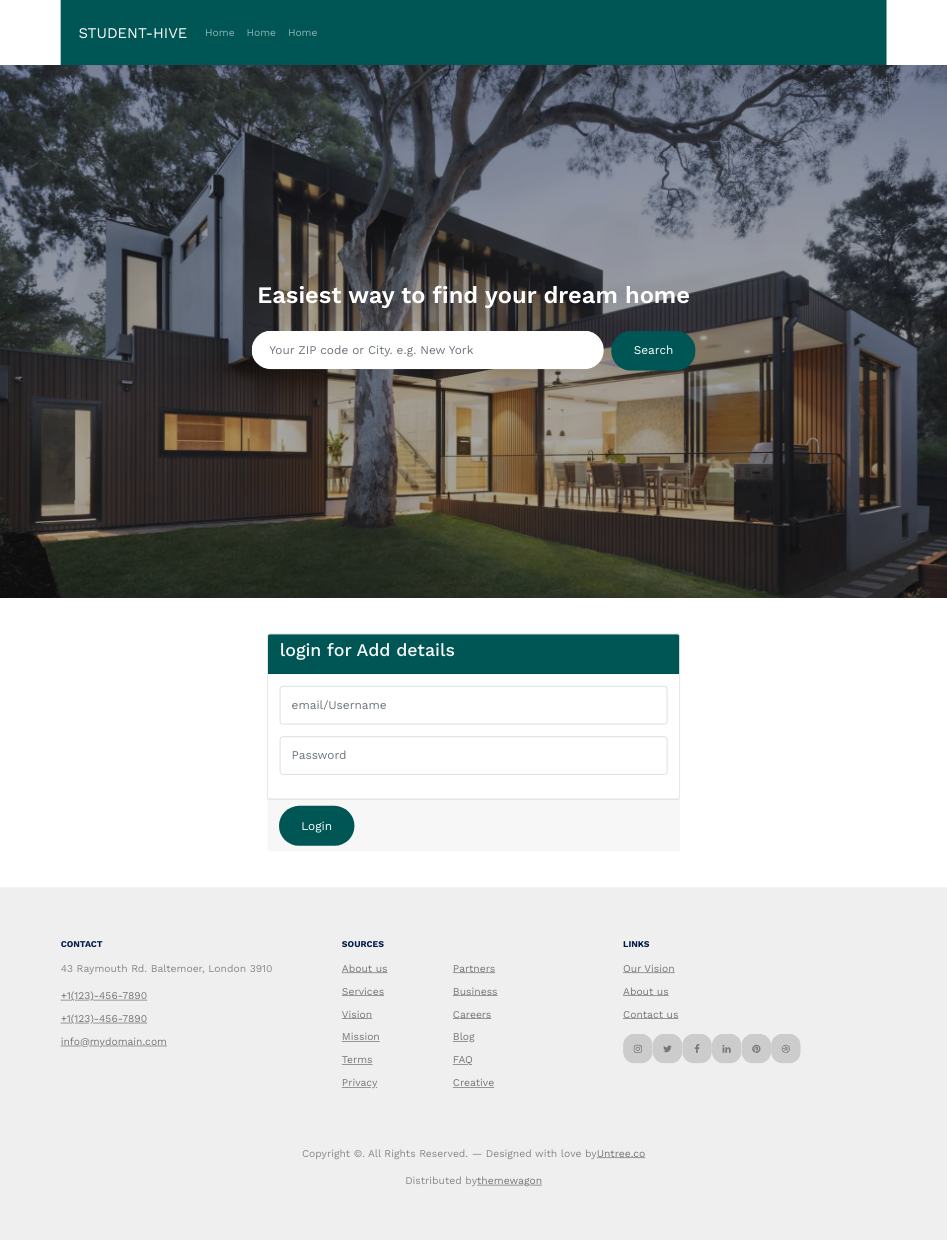
Repository: Farhan0021/Rentalproject
Page: /owner/Login (app in front/)
These files come from the project's save history. The page is drawn as it stood at one moment and after the next save; the edit follows.
The browser window is 1280 px wide. The pictures show the whole page, at 74% of full size.
The project was rebuilt for these pictures with package versions that can differ from the ones it lists, and the page was loaded fresh each time. Also part of the build but not shown: front/vite.config.js, front/src/pages/Home.jsx, front/src/pages/seekers/Login.jsx, front/src/schema/SeekerSignupSchema.jsx, front/src/pages/seekers/Signup.jsx, front/src/schema/OwnerSignupSchema.jsx, front/src/pages/owner/Signup.jsx.

Above is the page before, as saved 2025-04-29 21:44:24.
Console error: TypeError: Cannot read properties of null (reading 'style')

After the next save:
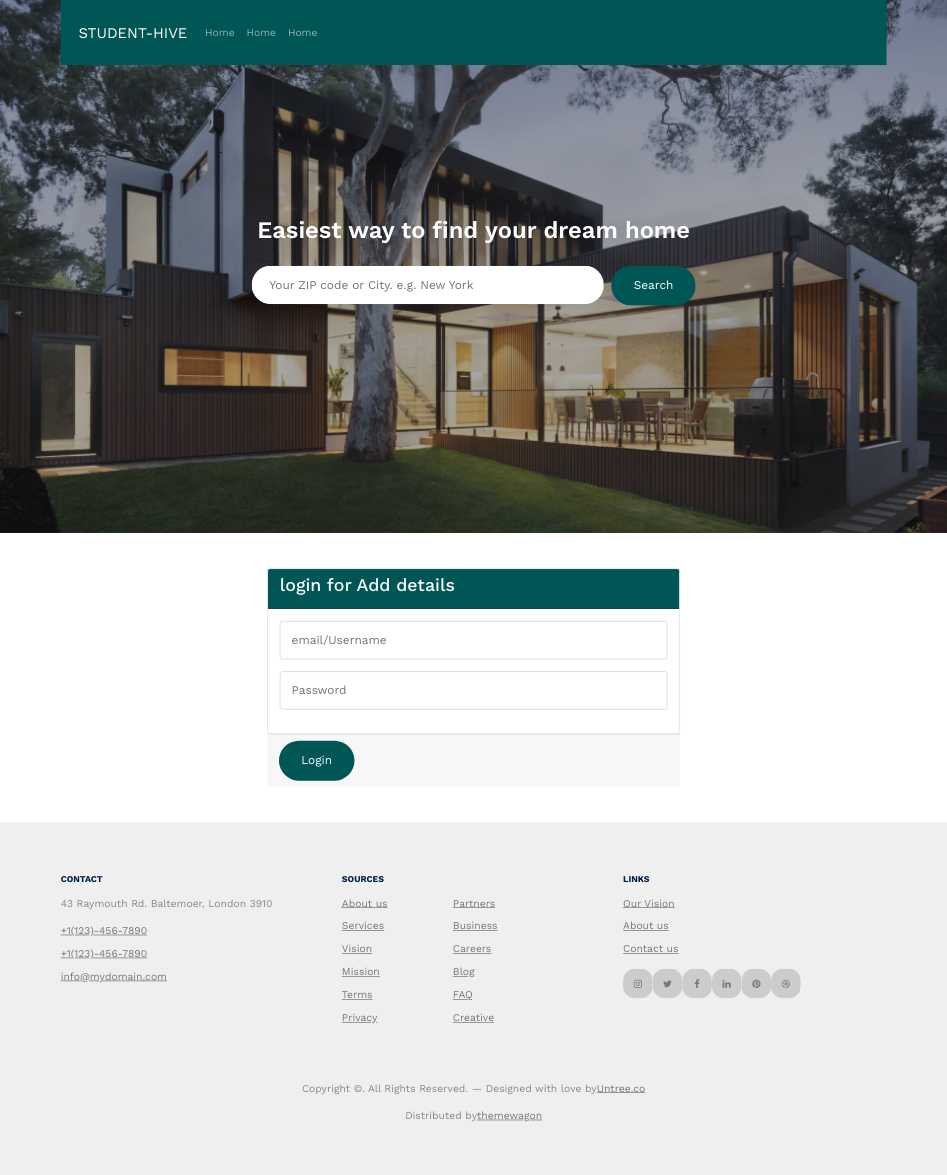
Saved 2 min 50 s later.
--- a/front/src/components/HeaderNew.jsx
+++ b/front/src/components/HeaderNew.jsx
@@ -4,7 +4,7 @@ import {NavLink} from 'react-router-dom'
 const HeaderNew = () => {
     return (
 
-    <div className="container">
+    <div className="container fixed-top">
      <nav className='navbar navbar-expand-sm navbar-dark bg-green p-4'>
           <NavLink className="navbar-brand"to='/'>STUDENT-HIVE</NavLink>
               <button className='navbar-toggler' data-bs-toggle="collapse" data-bg-target="#menu"
